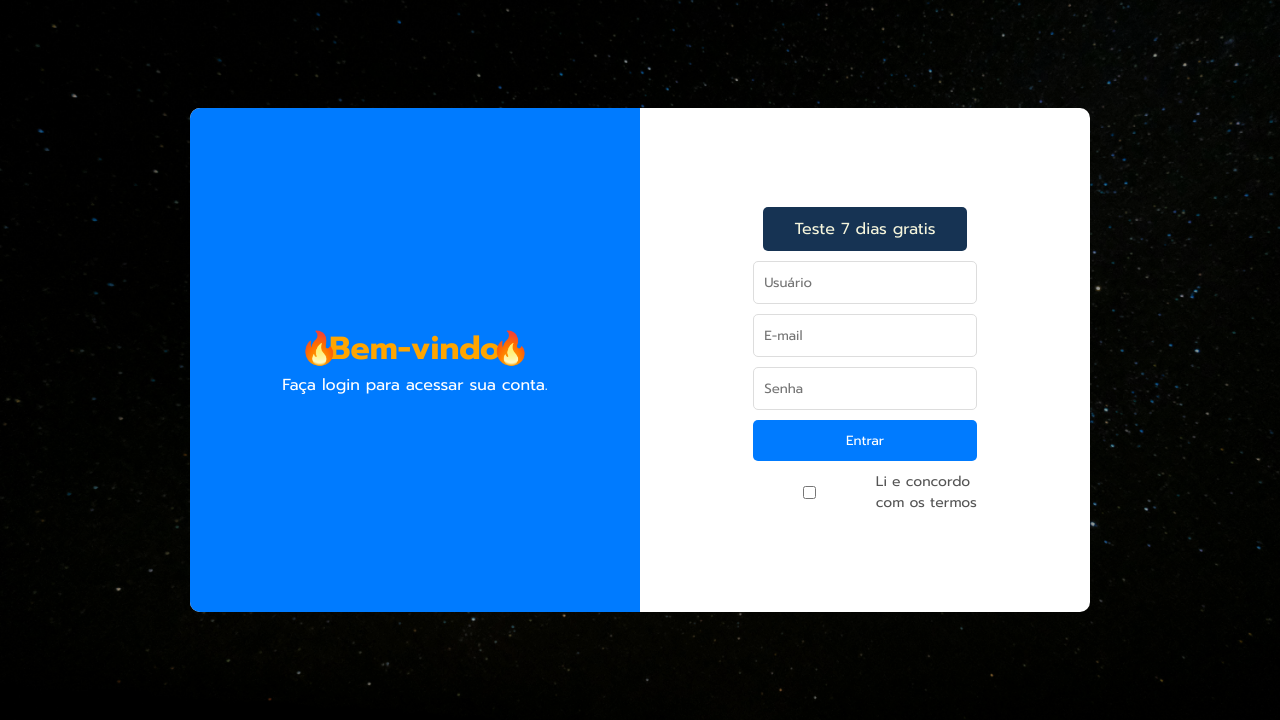
Repository: joao-paulo-paiva/tela-login
Page: index.html
These files come from the project's save history. The page is drawn as it stood at one moment and after the next save; the edit follows.
The browser window is 1280 px wide. The pictures show the whole page.

Above is the page before, as saved 2025-04-16 11:36:26.

### index.html
<!DOCTYPE html>
<html lang="pt-br">
<head>
    <meta charset="UTF-8">
    <meta name="viewport" content="width=device-width, initial-scale=1.0">
    <title>Tela de Login</title>
    <link rel="stylesheet" href="style.css">
    <link rel="preconnect" href="https://fonts.googleapis.com">
    <link rel="preconnect" href="https://fonts.gstatic.com" crossorigin>
    <link href="https://fonts.googleapis.com/css2?family=DM+Sans:ital,opsz,wght@0,9..40,100..1000;1,9..40,100..1000&family=Montserrat:ital,wght@0,100..900;1,100..900&family=Prompt:ital,wght@0,100;0,200;0,300;0,400;0,500;0,600;0,700;0,800;0,900;1,100;1,200;1,300;1,400;1,500;1,600;1,700;1,800;1,900&display=swap" rel="stylesheet">
</head>
<body>
    <div class="container">
        <div class="esquerda">
            <h1>Bem-vindo</h1>
            <p class="">Faça login para acessar sua conta.</p>
        </div>
        <div class="direita">
            <a href="#" class="teste-gratis"><p>Teste 7 dias gratis</p></a>
            <form action="#" method="POST">
                <input type="text" placeholder="Usuário" required>
                <input type="email" placeholder="E-mail" required>
                <input type="password" placeholder="Senha" required>
                <button type="submit">Entrar</button>
                <div class="termos">
                    <input type="checkbox" id="termos" required>
                    <label for="termos">Li e concordo com os termos</label>
                </div>


            </form>

        </div>
    </div>
</body>
</html>

### style.css
* {
    margin: 0;
    padding: 0;
    box-sizing: border-box;
    font-family: "Prompt", sans-serif;
}

body {
    display: flex;
    justify-content: center;
    align-items: center;
    height: 100vh;
    background-image: url(./imagens/pexels-francesco-ungaro-998641.jpg);
    background-size: cover;
    background-position: center;
    background-repeat: no-repeat;
}
body::before {
    content: "";
    position: absolute;
    top: 0;
    left: 0;
    width: 100%;
    height: 100%;
    background-color: rgba(0, 0, 0, 0.4); /* Ajuste o último valor para mudar a opacidade */
    z-index: -1;
}

h1 {
    position: relative;
    color: orange;
}

h1::before {
    content: "🔥";
    position: absolute;
    left: -30px;
}

h1::after {
    content: "🔥";
    position: absolute;
    right: -30px;
}


.container {
    display: flex;
    height: 70%;
    width: 80%;
    max-width: 900px;
    background: white;
    border-radius: 10px;
    overflow: hidden;
}

.esquerda, .direita {
    width: 50%;
    padding: 40px;
}

.esquerda {
    background-color: #007bff;
    color: white;
    display: flex;
    flex-direction: column;
    justify-content: center;
    align-items: center;
}

.direita {
    display: flex;
    flex-direction: column;
    justify-content: center;
    align-items: center;
}

input {
    display: block;
    width: 100%;
    padding: 10px;
    margin: 10px 0;
    border: 1px solid #ddd;
    border-radius: 5px;
}
input:focus {
    outline: none;
    border-color: #007bff;
    box-shadow: 0 0 5px rgba(0, 123, 255, 0.5);
}

.teste-gratis {
    display: flex;
    justify-content: center; /* Centraliza horizontalmente */
    align-items: center; /* Centraliza verticalmente */
    width: 55%;
    padding: 10px;
    background-color: #163353;
    text-decoration: none;
    color: beige;
    border-radius: 5px;
    text-align: center; /* Garante que o texto esteja centralizado dentro do bloco */
}

button {
    width: 100%;
    padding: 10px;
    background-color: #007bff;
    color: white;
    border: none;
    border-radius: 5px;
    cursor: pointer;
}
.termos {
    display: flex;
    align-items: center;
    gap: 10px;
    margin-top: 10px;
}

.termos label {
    font-size: 14px;
    color: #555;
}

.termos input {
    accent-color: #007bff; /* Cor azul quando marcado */
}


.esquerda h1, .esquerda p {
    animation: moverTexto 1.5s ease-out forwards;
}

@keyframes moverTexto {
    0% {
        transform: translateX(-100%);
        opacity: 0;
    }
    100% {
        transform: translateX(0);
        opacity: 1;
    }
}

After the next save:
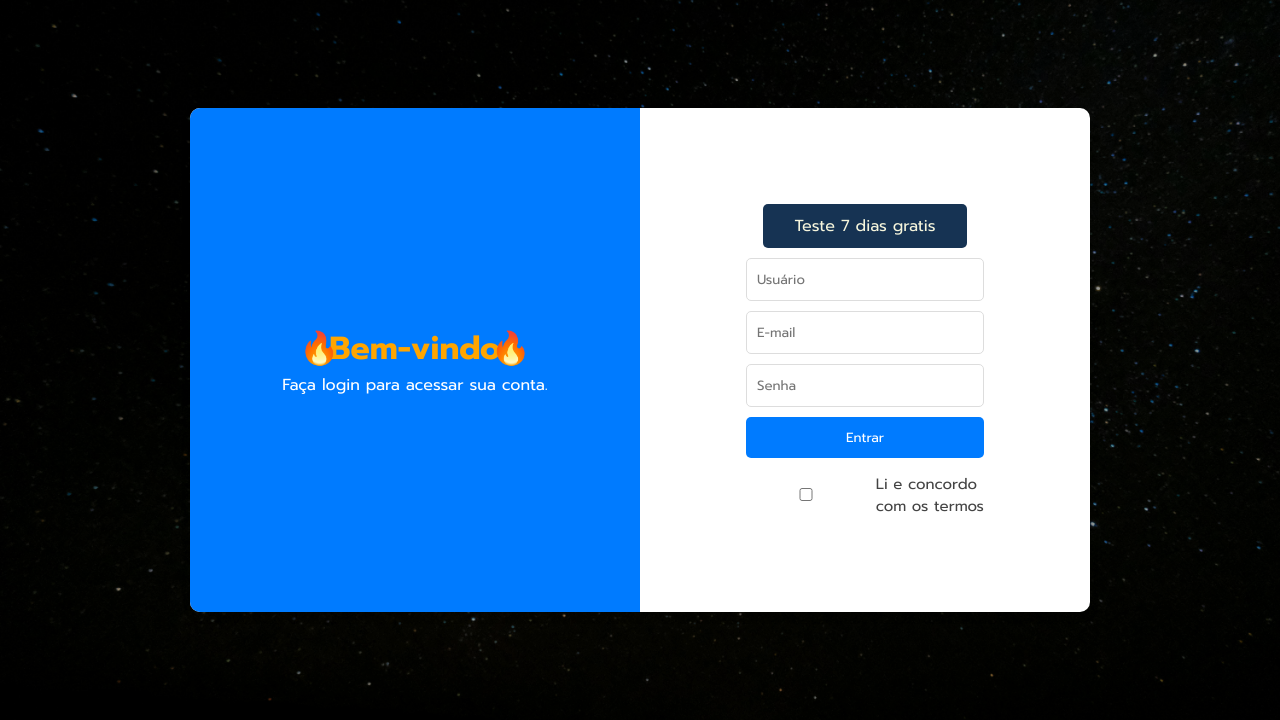
Saved 12 min 1 s later.
--- a/style.css
+++ b/style.css
@@ -14,7 +14,9 @@ body {
     background-size: cover;
     background-position: center;
     background-repeat: no-repeat;
+    position: relative;
 }
+
 body::before {
     content: "";
     position: absolute;
@@ -22,27 +24,9 @@ body::before {
     left: 0;
     width: 100%;
     height: 100%;
-    background-color: rgba(0, 0, 0, 0.4); /* Ajuste o último valor para mudar a opacidade */
+    background-color: rgba(0, 0, 0, 0.4);
     z-index: -1;
 }
-
-h1 {
-    position: relative;
-    color: orange;
-}
-
-h1::before {
-    content: "🔥";
-    position: absolute;
-    left: -30px;
-}
-
-h1::after {
-    content: "🔥";
-    position: absolute;
-    right: -30px;
-}
-
 
 .container {
     display: flex;
@@ -52,6 +36,7 @@ h1::after {
     background: white;
     border-radius: 10px;
     overflow: hidden;
+    box-shadow: 0px 4px 10px rgba(0, 0, 0, 0.1);
 }
 
 .esquerda, .direita {
@@ -75,6 +60,24 @@ h1::after {
     align-items: center;
 }
 
+h1 {
+    position: relative;
+    color: orange;
+    animation: moverTexto 1.5s ease-out forwards;
+}
+
+h1::before {
+    content: "🔥";
+    position: absolute;
+    left: -30px;
+}
+
+h1::after {
+    content: "🔥";
+    position: absolute;
+    right: -30px;
+}
+
 input {
     display: block;
     width: 100%;
@@ -83,6 +86,7 @@ input {
     border: 1px solid #ddd;
     border-radius: 5px;
 }
+
 input:focus {
     outline: none;
     border-color: #007bff;
@@ -91,15 +95,15 @@ input:focus {
 
 .teste-gratis {
     display: flex;
-    justify-content: center; /* Centraliza horizontalmente */
-    align-items: center; /* Centraliza verticalmente */
+    justify-content: center;
+    align-items: center;
     width: 55%;
     padding: 10px;
     background-color: #163353;
     text-decoration: none;
     color: beige;
     border-radius: 5px;
-    text-align: center; /* Garante que o texto esteja centralizado dentro do bloco */
+    text-align: center;
 }
 
 button {
@@ -110,26 +114,27 @@ button {
     border: none;
     border-radius: 5px;
     cursor: pointer;
+    transition: background-color 0.3s ease-in-out;
 }
+
+button:hover {
+    background-color: #0056b3;
+}
+
 .termos {
     display: flex;
     align-items: center;
     gap: 10px;
-    margin-top: 10px;
+    margin-top: 15px;
 }
 
 .termos label {
-    font-size: 14px;
-    color: #555;
+    font-size: 15px;
+    color: #444;
 }
 
 .termos input {
-    accent-color: #007bff; /* Cor azul quando marcado */
-}
-
-
-.esquerda h1, .esquerda p {
-    animation: moverTexto 1.5s ease-out forwards;
+    accent-color: #007bff;
 }
 
 @keyframes moverTexto {
